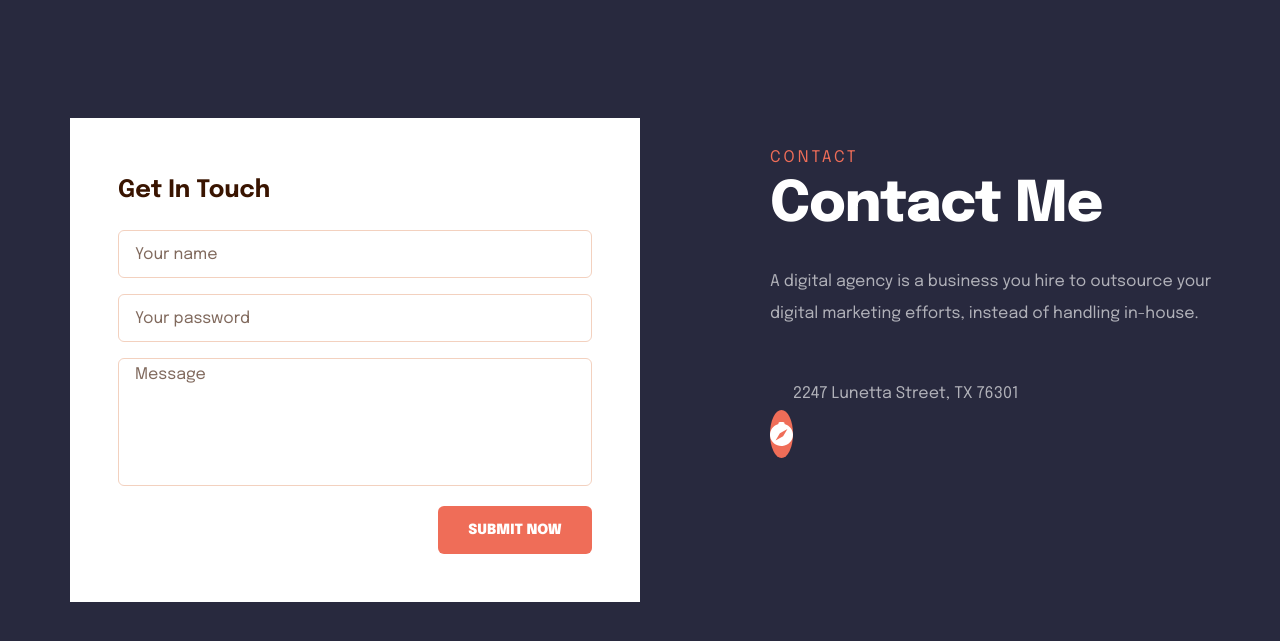
Repository: SabrinaSeydaliyeva/Task-17
Page: pages/contactPage/index.html
The author's editor kept a copy of each file at every save. The page is drawn from the files as they stood at one save, then again after the next save.
The browser window is 1280 px wide. The pictures show the whole page.
The style sheet was rebuilt from its Sass, Less or Tailwind sources for each picture, by a compiler version that may differ from the author's.

Above is the page before, as saved 2023-09-06 15:54:47.

After the next save:
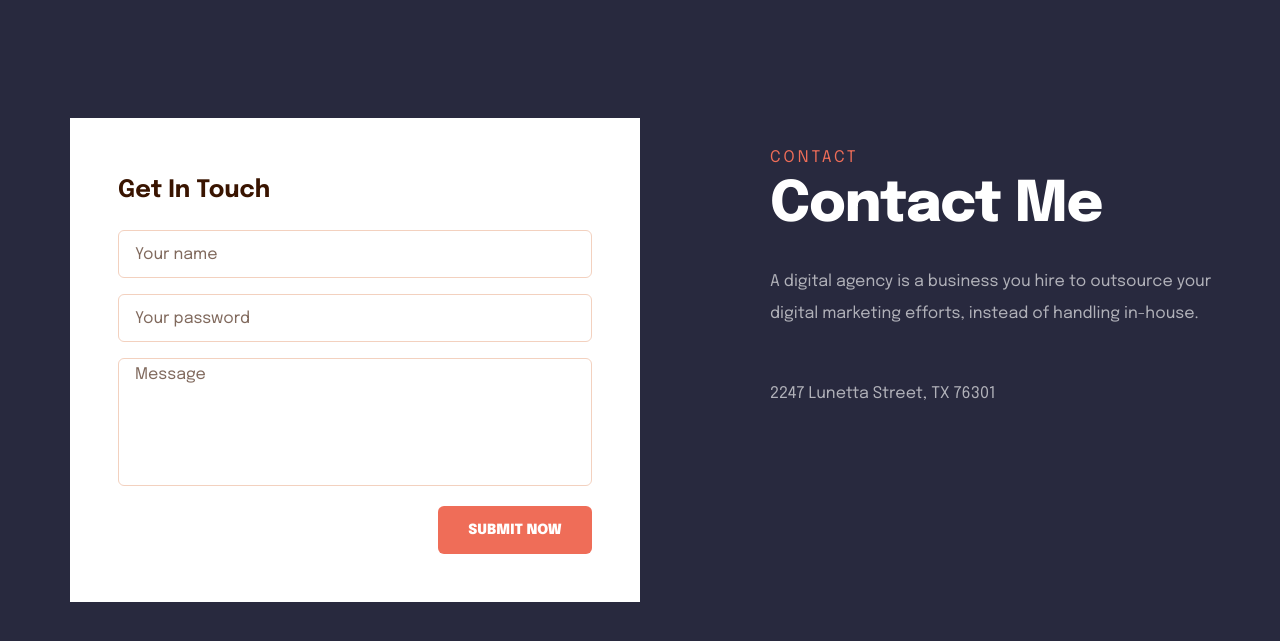
Saved 52 s later.
--- a/pages/contactPage/index.html
+++ b/pages/contactPage/index.html
@@ -41,9 +41,9 @@
             <ul>
                 <li>
                 <div class="circle">
-                    <svg xmlns="http://www.w3.org/2000/svg" width="23" height="24" viewBox="0 0 23 24" fill="none">
+                    <!-- <svg xmlns="http://www.w3.org/2000/svg" width="23" height="24" viewBox="0 0 23 24" fill="none">
                         <path fill-rule="evenodd" clip-rule="evenodd" d="M12.5128 23.9559C18.4476 23.4434 22.9991 18.5852 23 12.7619C22.9992 7.68681 19.5202 3.24133 14.5089 1.91219C14.6419 1.45966 14.5495 0.972375 14.2595 0.596433C13.9696 0.220491 13.5157 -0.000396111 13.034 0H9.9675C9.4858 -0.000396111 9.03192 0.220491 8.74193 0.596433C8.45195 0.972375 8.35958 1.45966 8.49253 1.91219C2.74205 3.43556 -0.865618 8.99957 0.179927 14.7325C1.22547 20.4654 6.57793 24.4683 12.5128 23.9559ZM17.4618 6.91176L17.465 6.90994L17.462 6.91144L17.4618 6.91176ZM17.4618 6.91176L9.87551 11.1479L5.53646 18.5674L13.126 14.3294L17.4618 6.91176Z" fill="white"/>
-                        </svg>
+                        </svg> -->
                 </div>
                 <p>2247 Lunetta Street, TX 76301</p>
                 </li>
